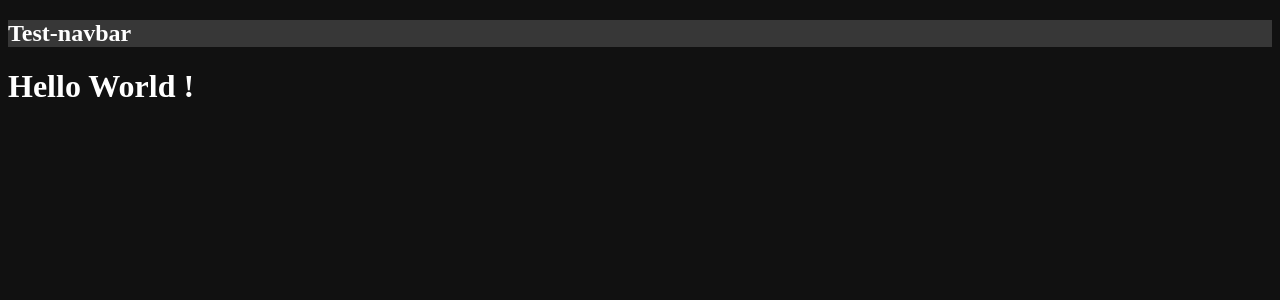
Repository: lolo298/lolo298.github.io
Page: index.html
An editor plug-in stored every save of this project. The page is shown before and after the next save, followed by the edit.
The browser window is 1280 px wide. The pictures show the whole page.

Above is the page before, as saved 2022-05-09 16:24:46.

### index.html
<!DOCTYPE html>
<html lang="en">

<head>
    <meta charset="UTF-8">
    <meta http-equiv="X-UA-Compatible" content="IE=edge">
    <meta name="viewport" content="width=device-width, initial-scale=1.0">
    <link rel="stylesheet" href="css/style.css">
    <title>Portfolio</title>
</head>

<body>
    <div class="main-container">
        <nav class="main-navbar">
            <h2>Test-navbar</h2>
        </nav>
        <h1>Hello World !</h1>

    </div>

</body>

</html>

### css/style.css
html {
    background-color: #111111;
    color: white;
}

.main-navbar {
    background-color: #373737;
    padding: 0;
    margin: 0;
}

After the next save:
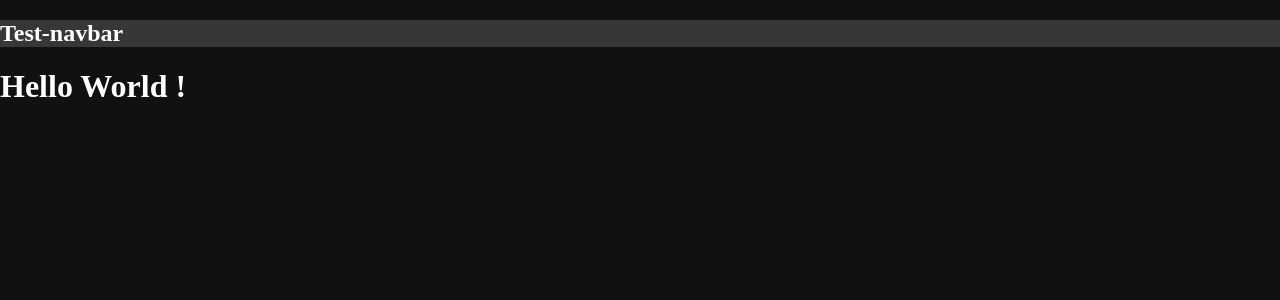
Saved 2 min 44 s later.
--- a/css/style.css
+++ b/css/style.css
@@ -5,6 +5,9 @@ html {
 
 .main-navbar {
     background-color: #373737;
+}
+
+body {
     padding: 0;
     margin: 0;
 }
